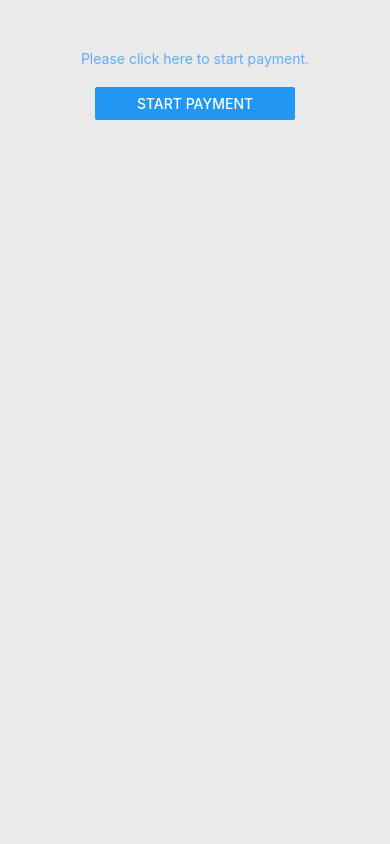
Repository: cashfree/pg-platform-custom-checkout
Screen: / (app in ReactNativeCustomCheckout/)
An editor plug-in stored every save of this project. The screen is shown before and after the next save, followed by the edit.
The app was drawn by React Native's web renderer in a window 390 px wide. The project was rebuilt for these pictures with package versions that can differ from the ones it lists, and the page was loaded fresh each time.

Above is the screen before, as saved 2023-02-20 01:01:41.

### ReactNativeCustomCheckout/App.tsx
/**
 * Sample React Native App
 * https://github.com/facebook/react-native
 *
 * @format
 */

import React from 'react';
import {StyleSheet, Button, Text, View} from 'react-native';

import {NativeModules} from 'react-native';
const {PaymentSDKApi} = NativeModules;

function startCheckout() {
  var returnUrl = 'https://merchant.in/pg/process_return';
  var sessionId =
    'session_n5O9jqgE5m-xr-4mHF-54PHvNvz9ClNw43QnmyO7PovpqGBVwfKz64t7M0B8UKnbDhJNO2jQzgxElZ11x9arPCtoIY05m8B78ROa8CE9pYP6';
  PaymentSDKApi.doPayment(sessionId, returnUrl);
}

function App(): JSX.Element {
  return (
    <View style={styles.container}>
      <Text style={styles.text}> Please click here to start payment. </Text>
      <View style={styles.button}>
        <Button onPress={() => startCheckout()} title="Start Payment" />
      </View>
    </View>
  );
}

const styles = StyleSheet.create({
  container: {
    backgroundColor: '#eaeaea',
    alignItems: 'center',
    flexDirection: 'column',
    flex: 1,
  },
  button: {
    color: '#61aafb',
    margin: 8,
    marginTop: 20,
    width: 200,
  },
  text: {
    color: '#61abfb',
    marginTop: 50,
  },
});

export default App;

After the next save:
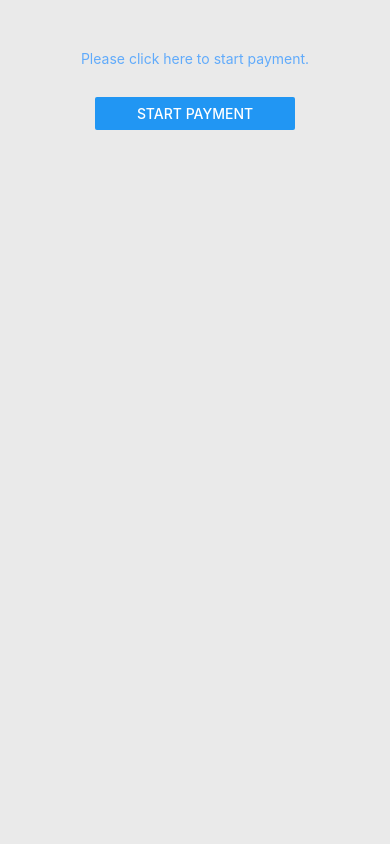
Saved 9 s later.
--- a/ReactNativeCustomCheckout/App.tsx
+++ b/ReactNativeCustomCheckout/App.tsx
@@ -39,7 +39,7 @@ const styles = StyleSheet.create({
   button: {
     color: '#61aafb',
     margin: 8,
-    marginTop: 20,
+    marginTop: 30,
     width: 200,
   },
   text: {
